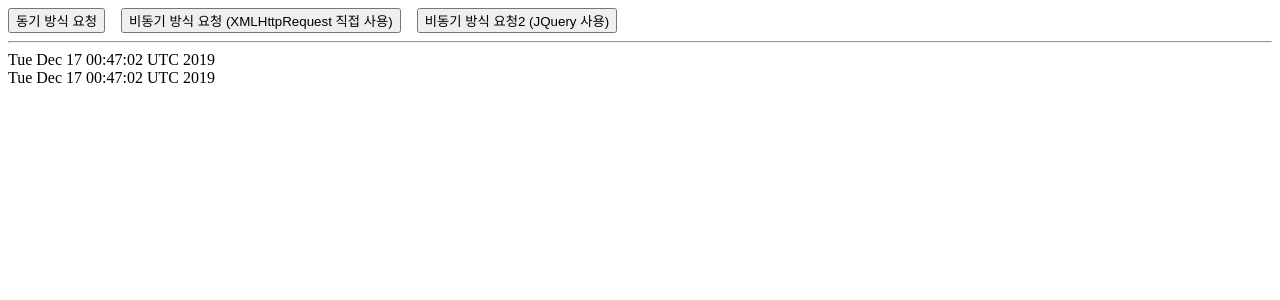
Repository: superThisMe/spring-basic
Page: http://localhost/07.spring-ajax/ajax-example
An editor plug-in stored every save of this project. The page is shown before and after the next save, followed by the edit.
The browser window is 1280 px wide. The pictures show the whole page.
The page is served by Tomcat 9.

Above is the page before, as saved 2020-01-06 07:07:00.

After the next save:
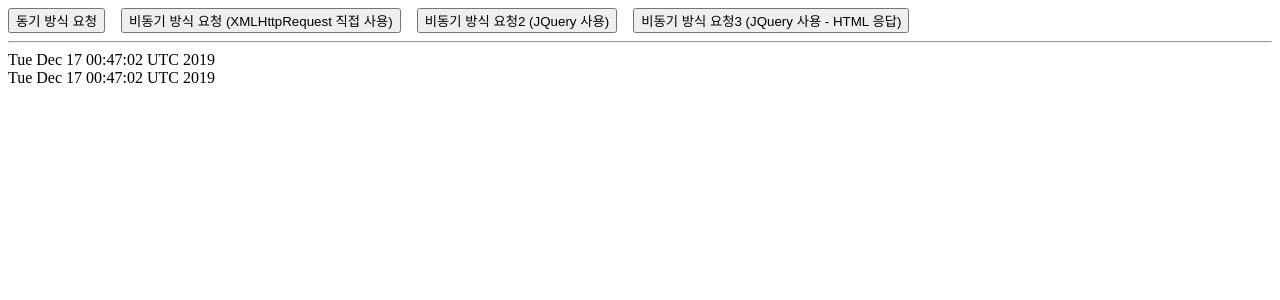
Saved 88 s later.
--- a/07.spring-ajax/src/main/webapp/WEB-INF/views/ajax-example.jsp
+++ b/07.spring-ajax/src/main/webapp/WEB-INF/views/ajax-example.jsp
@@ -14,6 +14,8 @@
 	<button id="async-request">비동기 방식 요청 (XMLHttpRequest 직접 사용)</button>
 	&nbsp;&nbsp;
 	<button id="async-request2">비동기 방식 요청2 (JQuery 사용)</button>
+	&nbsp;&nbsp;
+	<button id="async-load">비동기 방식 요청3 (JQuery 사용 - HTML 응답)</button>
 	<hr>
 	<div><%=new Date().toString()%></div>
 	<div id="container">
